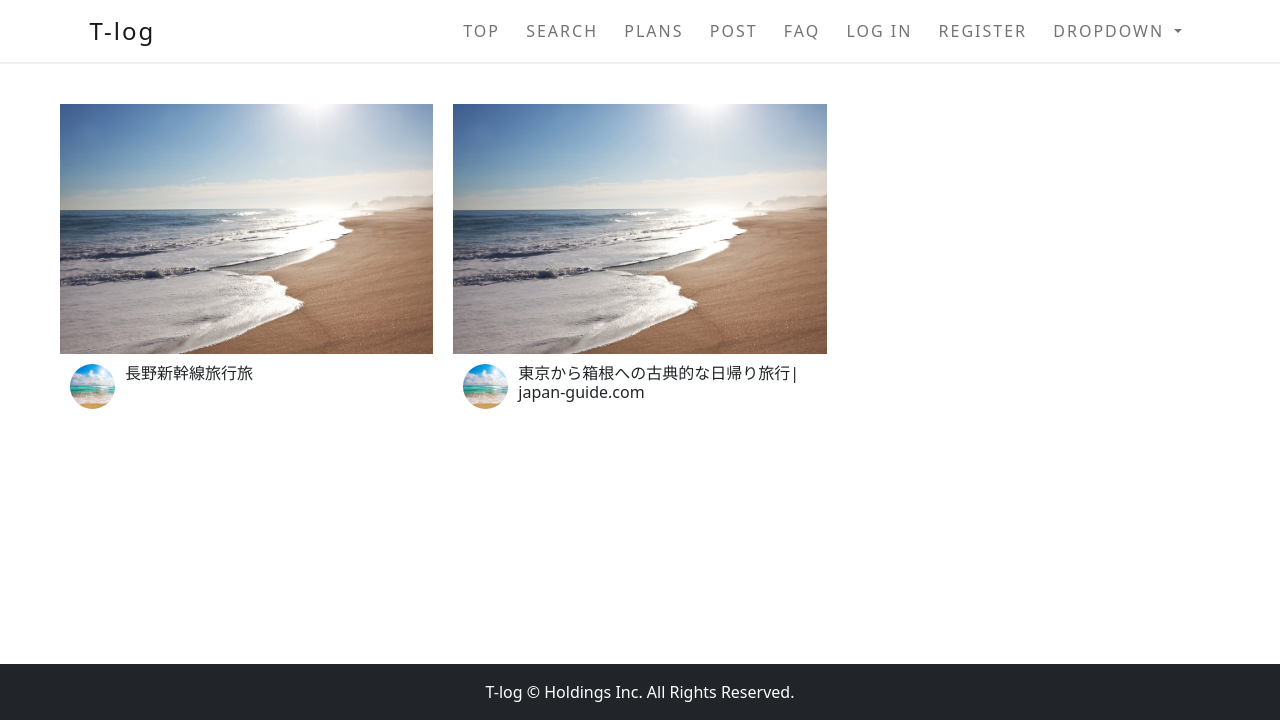
Repository: raddykassy/Rotom
Page: http://localhost/plans
An editor plug-in stored every save of this project. The page is shown before and after the next save, followed by the edit.
The browser window is 1280 px wide. The pictures show the whole page.
Some web fonts or font styles are not loaded; a fallback is used. The page is served by the project's application, run on Flask 3 (app.py). The page reads the database file committed with the project.

Above is the page before, as saved 2022-09-17 15:39:33.

After the next save:
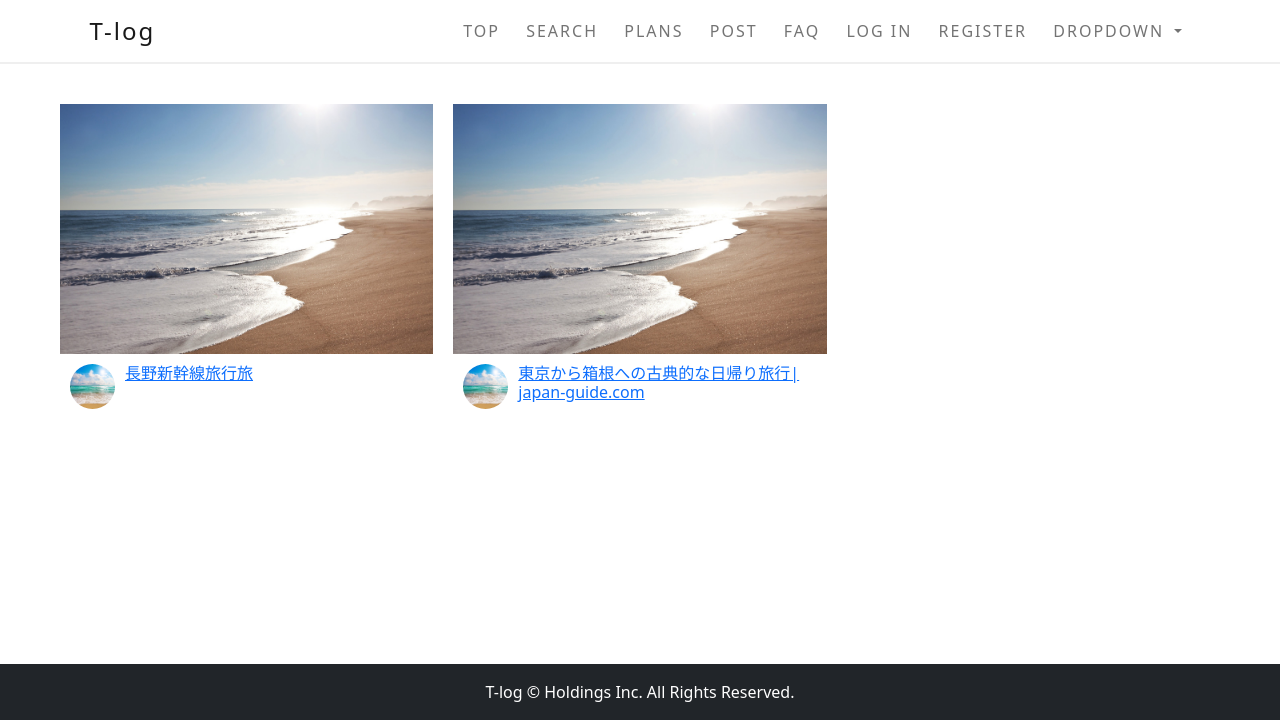
Saved 12 s later.
--- a/templates/plans.html
+++ b/templates/plans.html
@@ -11,7 +11,6 @@
                     <div class="thumbnail">
                         <img src="../static/img/mare-fa-bene-2.jpeg" alt="picture">
                     </div>
-                </a>
                     <div class="plan-info">
                         <div class="plan-user-info">
                             <img class="plan-profile__img" src="../static/img/profile01.jpeg" width ="45" height="45" alt="profile">
@@ -20,7 +19,7 @@
                             <h3>{{ plan["title"] }}</h3>
                         </div>
                     </div>
-
+                </a>
             </div>
         {% endfor %}
     </div>
